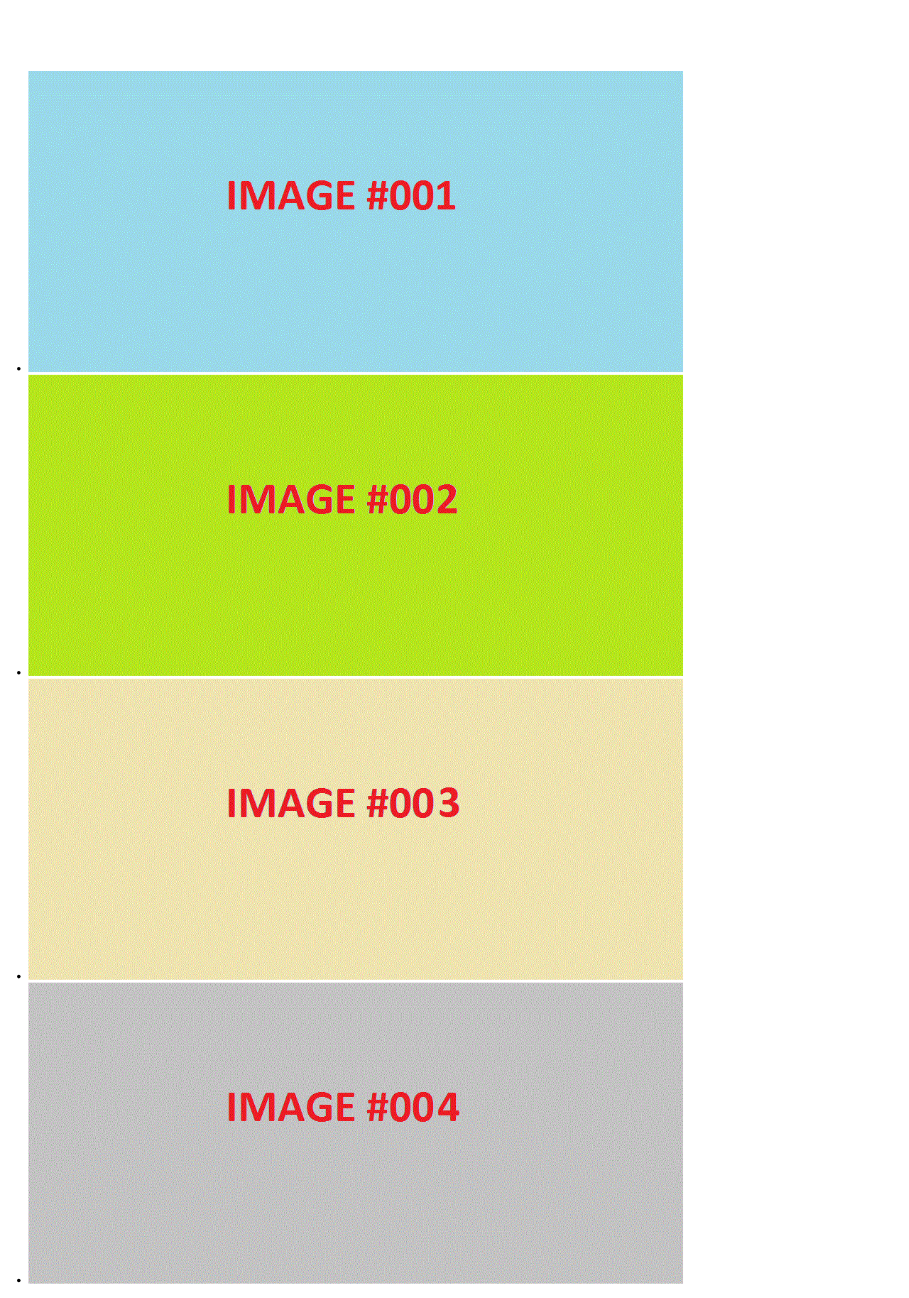
Repository: nema38/30DaysTrainning
Page: 30Days14/index.html
An editor plug-in stored every save of this project. The page is shown before and after the next save, followed by the edit.
The browser window is 1280 px wide. The pictures show the whole page, at 71% of full size.
Some web libraries are served in a nearby version.

Above is the page before, as saved 2014-04-18 17:16:00.

### 30Days14/index.html
<!DOCTYPE html>
<html>

	<head>
		<meta charset=utf-8>
		<title>The Obligatory Slider</title>
		<link rel="stylesheet" href="slider.css">
	</head>

	<body>
		<div class="slider">
			<ul>
				<li><img src="img/image001.gif" alt="image" /></li>
				<li><img src="img/image002.gif" alt="image" /></li>
				<li><img src="img/image003.gif" alt="image" /></li>
				<li><img src="img/image004.gif" alt="image" /></li>
			</ul>
		</div>
		<div class="slider-nav">
			<button data-dir="prev">Previous</button>
			<button data-dir="next">Next</button>
		</div>

		<script src="http://ajax.googleapis.com/ajax/libs/jquery/1.11.0/jquery.min.js"></script>

		<script src="slider.js"></script>

	</body>

</html>

### 30Days14/slider.css

.slider-nav	{
	display: none;
}

body	{
	width: 600 px;
	margin: 100px auto 0;
}

### 30Days14/slider.js
/**
 * @author mchavez
 */

After the next save:
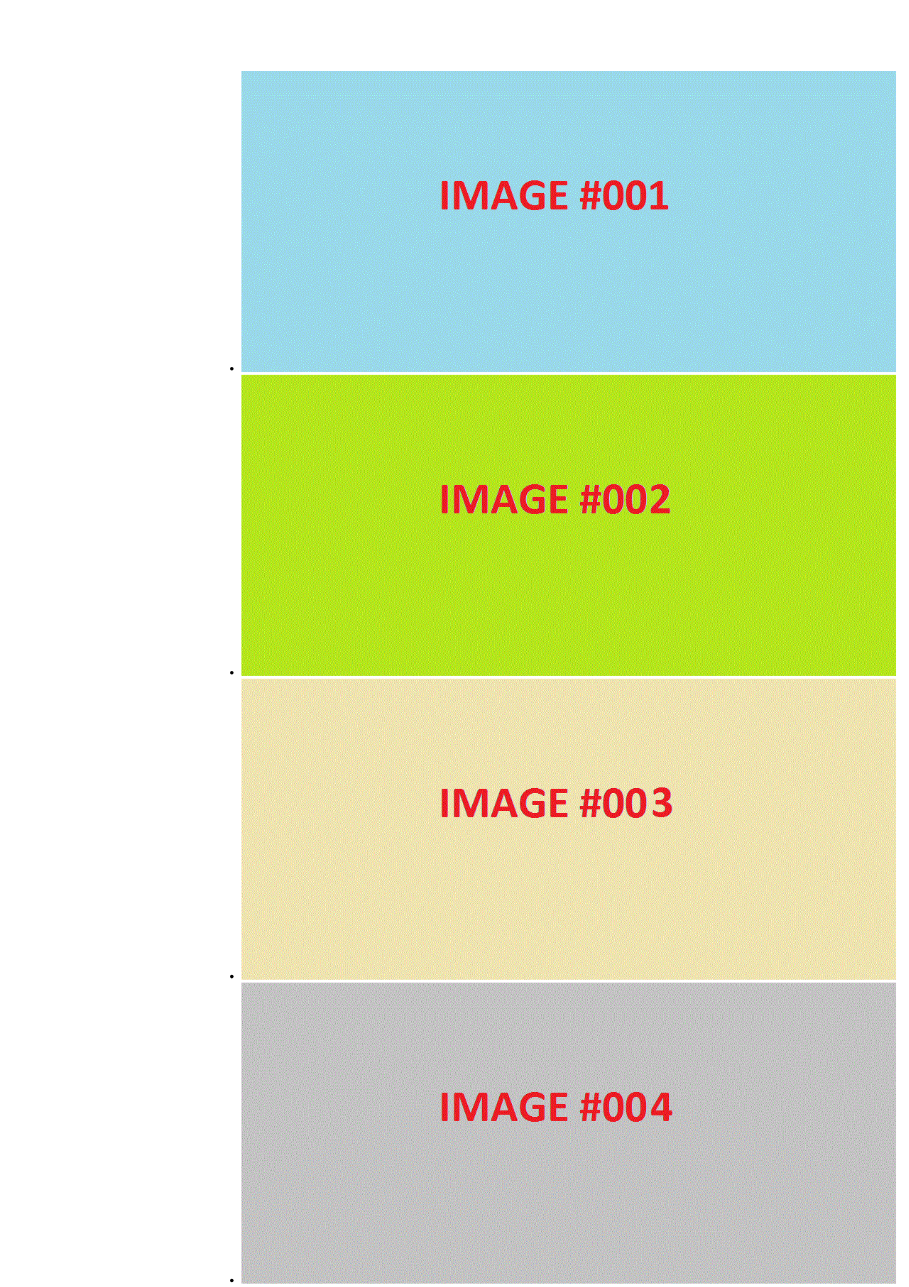
Saved 2 min 0 s later.
--- a/30Days14/index.html
+++ b/30Days14/index.html
@@ -5,6 +5,13 @@
 		<meta charset=utf-8>
 		<title>The Obligatory Slider</title>
 		<link rel="stylesheet" href="slider.css">
+		<style>
+			body	{
+				width: 600px;
+				margin: 100px auto	0;
+			}
+			* {margin: 0; padding: 0; }
+		</style>
 	</head>
 
 	<body>
